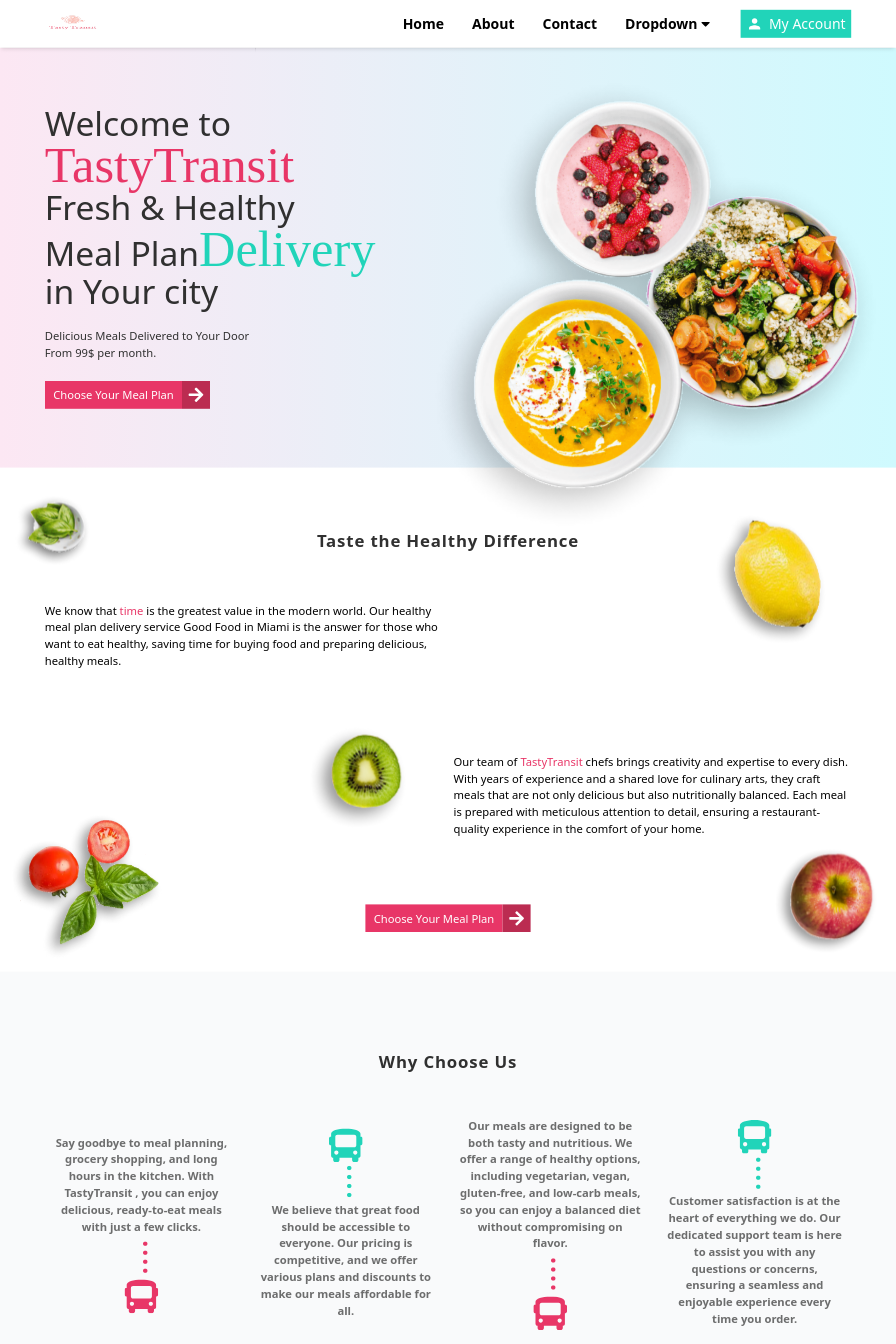
Repository: Ruchii02/restaurant-webpage
Page: / (app in my-project/)
An editor plug-in stored every save of this project. The page is shown before and after the next save, followed by the edit.
The browser window is 1280 px wide. The pictures show the part of the page from y = 0 to 1920 px (the page is 3040 px tall before and 3052 px after), at 70% of full size.
Some web fonts or font styles are not loaded; a fallback is used. The project was rebuilt for these pictures with package versions that can differ from the ones it lists, and the page was loaded fresh each time. Also part of the build but not shown: my-project/vite.config.js.

Above is the page before, as saved 2024-08-06 16:54:05.

### my-project/index.html
<!doctype html>
<html lang="en">
  <head>
    <meta charset="UTF-8" />
    <link rel="icon" type="image/svg+xml" href="/vite.svg" />
    <meta name="viewport" content="width=device-width, initial-scale=1.0" />
    <title>TastyTransit</title>
  </head>
  <body>
    <div id="root"></div>
    <script type="module" src="/src/main.jsx"></script>
  </body>
</html>

### my-project/src/App.jsx

import React, { useEffect, useState } from 'react'
import Navbar from './components/Navbar/Navbar'
import MainPage from './components/MainPage/MainPage'
import Banner from './components/Banner/Banner'
import WhyChoose from './components/WhyChoose/WhyChoose'
import About from './components/About/About'
import Footer from './components/Footer/Footer'
import Popup from './components/Popup/Popup'
import { duration, easing } from '@mui/material'
import AOS from "aos";
import "aos/dist/aos.css";
 const App = () => {
  const [showPopup , setShowPopup] = useState(false);

  const HandlePopup = ()=>{
    setShowPopup(true);
  };

  useEffect(()=>{
    AOS.init({
      offset: 100,
      duration: 800,
      easing: "ease-in-shine",
      delay : 100,
    });
    AOS.refresh();
  }, []);
  return (
    <div className="overflow-x-hidden">
      <Navbar HandlePopup={HandlePopup}/>
      <MainPage/>
      <Banner/>
      <WhyChoose/>
      <About HandlePopup={HandlePopup}/>
      <Footer/>
      <Popup showPopup={showPopup} setShowPopup={setShowPopup}/>
    </div>
  )
}



export default App

### my-project/src/index.css
@import url('https://fonts.googleapis.com/css2?family=Ephesis&display=swap');

@tailwind base;
@tailwind components;
@tailwind utilities;

### my-project/src/components/Navbar/Navbar.jsx
import React from 'react'
import {FaCaretDown} from "react-icons/fa";
import PersonIcon from '@mui/icons-material/Person';
import Logo from "../../assets/Preview.png";
const NavLinks = [
    {
        id: 1,
        name:"Home",
        link: "#"

    },
    {
        id: 1,
        name:"About",
        link: "#"

    },
    {
        id: 1,
        name:"Contact",
        link: "#"

    },
];

const DropdownLinks = [
    {
        id: 1,
        name: "Vegetables",
        link: "#",
    },
    {
        id: 2,
        name: "Fruits",
        link: "#",
    },
    {
        id: 3,
        name: "Grains",
        link: "#",
    },
    {
        id: 4,
        name: "Drinks",
        link: "#",
    },
]
 const Navbar = ({HandlePopup }) => {
  return (
    <>
    <div className='bg-white shadow-md'>
        <div className="container flex justify-between py-4 sm:py-3">
            {/*logo section*/}
         <div className='font-bold text-3xl'>
           <img src={Logo} alt='' className='w-20 h-10 text-primary' />
         </div>
         {/*navbar section*/}
         <div>
            <ul className='flex items-center gap-10'>
                {
                    NavLinks.map(({id , name, link})=>(
                        <li key={id}>
                            <a href={link} className=' hidden sm:inline-block
                            hover:text-primary text-xl font-semibold'>{name}</a>
                        </li>
                    ))
                }
                {/*dropdown and links*/}
                <li className=' hidden md:block cursor-pointer group'>
                    <a href='#'
                         className='inline-block
                            hover:text-primary text-xl font-semibold'>
                                <div className='flex items-center gap-[2px] py-2'>
                                  Dropdown
                                  <span>
                                    <FaCaretDown className='group-hover:rotate-180 duration-300'/>
                                  </span>
                                </div>
                            </a>
                            {/*dropdown section*/}
                            <div className='absolute z-[9999] hidden group-hover:block w-[200px] bg-white text-black shadow-md p-2'>
                                <ul>
                                    {
                                        DropdownLinks.map(({id, name, link})=>(
                                            <li key={id}>
                                                <a href={link}
                                                  className='inline-block w-full rounded-md p-2
                                                  hover:bg-primary/20 text-xl '>
                                                    {name}
                                                  </a>
                                            </li>
                                        ))
                                    }
                                </ul>
                            </div>
                </li>
                {/*Login button*/}
                <li>
                   <button onClick={HandlePopup} className='flex justify-center
                    items-center gap-2
                    bg-secondary
                    h-[40px] text-xl text-white px-2
                    py-2 hover:scale-105 duration-300'>
                    <PersonIcon/>
                    My Account
                    </button>
                </li>
            </ul>
         </div>
        </div>
    </div>
    </>
  )
}

export default Navbar;

### my-project/src/components/MainPage/MainPage.jsx
import React from 'react'
import main_bg from "../../assets/main.png"
import PrimaryButton from '../shared/PrimaryButton'
const MainPage = () => {
  return (
    <>
    <div className='relative z-[-1] bg-gradient-to-r from-pink-100 to-cyan-100'>
        <div className="container py-16 sm:py-0">
            <div className="grid grid-cols-1 sm:grid-cols-2 gap-4
                place-items-center min-h-[600px]">

               {/*text-content section*/}
               <div className='space-y-7 text-dark order-2 sm:order-1'>
                 <h1 data-aos = "fade-up" className='text-5xl'>Welcome to <span className='text-primary font-cursive text-7xl'>TastyTransit</span> <br /> Fresh & Healthy <br></br> Meal Plan
                       <span className='text-secondary font-cursive text-7xl'>Delivery</span> <br>
                       </br>{"  "}
                        in Your city
                     </h1>
                   <p data-aos = "fade-up"
                      data-aos-delay="300"
                     className='lg:pr-64'>
                     Delicious Meals Delivered to Your Door
                     From 99$ per month.

                     </p>

                     {/*button section*/}
                     <div data-aos = "fade-up"
                      data-aos-delay="500">
                     <PrimaryButton/>
                     </div>
               </div>
               {/*image section*/}
                 <div data-aos = "zoom-in"
                      data-aos-delay="500"
                   className='relative z-30 order-1 sm:order-2'>
                    <img src={main_bg} alt='' className='w-full sm:scale-125
                          sm:translate-y-16'/>
                 </div>
            </div>
        </div>

    </div>
    </>
  )
}

export default MainPage

### my-project/src/components/Banner/Banner.jsx
import React from 'react'
import Apple from "../../assets/apple.png";
import Kiwi from "../../assets/kiwi.png";
import lemon from "../../assets/lemon.png";
import leaf from "../../assets/leaf.png";
import tomato from "../../assets/tomato.png";
import PrimaryButton from '../shared/PrimaryButton';


const Banner = () => {
  return (
   <>
   <div className="container py-14 relative">
    <div className='relative z-20'>
        <h1 data-aos = "fade-up"
           data-aos-delay="300"
           className='py-8 tracking-wider
            text-2xl font-semibold text-dark
            text-center'>
            Taste the Healthy Difference

            </h1>
          {/*content section*/}
            <div className='space-y-10'>
                <div data-aos = "fade-up"
                      data-aos-delay="500"
                      className='grid grid-cols-1
                sm:grid-cols-2 gap-4 py-10'>
                   <div>
                    <p>
                        {" "}
                        We know that <span className='text-primary'>time</span>{" "}
                        is the greatest value in the modern world.
                        Our healthy meal plan delivery service Good Food in Miami
                        is the answer for those who want to eat healthy, saving time for buying
                        food and preparing delicious, healthy meals.
                    </p>
                   </div>
                   <div></div>

                </div>
                <div data-aos = "fade-up"
                      data-aos-delay="300"
                    className='grid grid-cols-1
                    sm:grid-cols-2 gap-4 py-10'>
                    <div></div>
                   <div>
                    <p>
                        {" "}
                        Our team of  <span className='text-primary'>TastyTransit</span> chefs brings
                        creativity and expertise to every dish.
                         With years of experience
                          and a shared love for culinary arts, they
                          craft meals that are not only delicious but
                          also nutritionally balanced. Each meal is
                          prepared with meticulous attention to detail,
                          ensuring a restaurant-quality experience in the
                           comfort of your home.
                    </p>
                   </div>

                   </div>
            </div>
            {/*button section*/}
            <div data-aos = "fade-up"
                      data-aos-delay="500"
                      data-aos-offset="0"
                      className='flex justify-center mt-10
                sm:mt-14'>
                <PrimaryButton/>
            </div>
    </div>
    {/* bg fruits section */}
    <div data-aos="fade-right" className='absolute top-5 -left-16
    sm:bottom-0 sm:left-0 opacity-50
    sm:opacity-100'>
        <img  data-aos="fade-right" src= {leaf} alt='' className='max-w-[160px]'/>
    </div>
    <div  data-aos="fade-right"
     className='absolute -bottom-16 -left-16
      sm:bottom-0 sm:left-0 opacity-50
       sm:opacity-100' >
        <img src={tomato} alt='' className='max-w-[280px]'/>
    </div>
    <div  data-aos="fade-left"
     className='absolute top-10 -right-16 sm:right-20
       opacity-50 sm:opacity-100' >
        <img src={lemon} alt='' className='max-w-[200px]'/>
    </div>
    <div  data-aos="fade-left"
     className='hidden sm:block absolute bottom-0 right-0' >
        <img src={Apple} alt='' className='max-w-[200px]'/>
    </div>
    <div  data-aos="fade"
     className='absolute top-1/2 -translate-y-1/2
     left-1/3 -translate-x-1/2 opacity-50
       sm:opacity-100' >
        <img src={Kiwi} alt='' className='max-w-[180px]'/>
    </div>
   </div>
   </>
  )
}

export default Banner

### my-project/src/components/About/About.jsx
import React from 'react'
import BgPolygon from "../../assets/polygon.png"
import Vector from"../../assets/vector-wave.png";
import PersonIcon from '@mui/icons-material/Person';
const bgStyle = {
    backgroundImage: `url(${BgPolygon})`,
    backgroundRepeat: "no-repeat",
    backgroundPosition: "center",
    backgroundSize: "cover",
    width: "100%",
    height:"100%",
    position: "relative",
};

const About = ({HandlePopup}) => {
  return (
    <>
    <div style={bgStyle} className='py-14'>
        <div className="container min-h-[500px]
            relative z-10">
                <h1 className='pt-20 tracking-wider text-4xl font-semibold
                 text-white text-center'>
                  About Us
                </h1>
                {/*card-section*/}
                <div data-aos="fade"
                      data-aos-delay="300"
                     className='bg-white/80 p-10 my-10'>
                          Welcome to TastyTransit, your premier meal delivery
                           service designed to bring delicious, nutritious
                            meals right from our kitchen to your doorstep. Our mission is
                             to make dining convenient, healthy, and
                             delightful for everyone. Whether you're a
                              busy professional, a family with a hectic
                               schedule, or someone who simply enjoys great
                                food without the hassle of cooking, we are
                                 here for you.
                                 we believe that everyone deserves to enjoy wholesome,
                                  freshly prepared meals without the hassle of cooking.
                                   so here we are trying to make eating well simple,
                                   convenient, and affordable for everyone.
                                 We understand the challenges of
                                 balancing a busy lifestyle with maintaining a
                                 healthy diet. That's why we set out to create a
                                  service that offers a diverse menu of gourmet meals,
                                   prepared with the freshest ingredients,
                                  and delivered with speed and care.



                     <div className='pt-10 flex justify-center'>
                     <button onClick={HandlePopup} className='flex justify-center
                    items-center gap-2
                    bg-primary
                    h-[40px] text-xl text-white px-5
                    py-2 hover:scale-105 duration-300'>
                    <PersonIcon/>
                    My Account
                    </button>
                     </div>
                </div>
        </div>
        {/* wave-vector */}
        <div className='absolute top-0 w-full
              right-0 '>
            <img src={Vector} alt='' className='mx-auto' />
        </div>

    </div>
    </>
  )
}

export default About

### my-project/src/components/Footer/Footer.jsx
import React from 'react'
import PhoneInTalkIcon from '@mui/icons-material/PhoneInTalk';
import EmailIcon from '@mui/icons-material/Email';
import CopyrightIcon from '@mui/icons-material/Copyright';
import LocationOnIcon from '@mui/icons-material/LocationOn';
const Footer = () => {
  return (
    <>
    <div className='text-white mt-20'>
       <div data-aos="fade-down"  className="container bg-gradient-to-b
            from-primary to-primaryDark rounded-t-3xl">
          {/* heading-section */}
               <h1 className='py-10 text-3xl font-bold
                  text-yellow text-center'>
                  Contact Us
                </h1>

            {/* grid-section */}
            <div className='grid grid-cols-1 sm:grid-cols-2
               md:grid-cols-3 gap-14 border-b-2
               border-white pb-6'>
                {/* address-section */}
                <div className='text-center space-y-4'>
                    <div className='flex justify-center'>
                      <LocationOnIcon className='text-5xl'/>
                    </div>
                    <p>
                    456 Oak Lane <br/>
                    Flat No. 12C, Prestige Heights<br/>
                    Koramangala, Bangalore 560034<br/>
                    Karnataka, India
                    </p>
                </div>
                 {/* email-section */}
                 <div className='text-center space-y-4'>
                    <div className='flex justify-center'>
                      <EmailIcon className='text-5xl'/>
                    </div>
                    <div>
                    <p>Info@goodfood.com</p>
                    <p>Hr@goodfood.com</p>
                    </div>
                </div>
               {/* Number-section */}
               <div className='text-center space-y-4'>
                    <div className='flex justify-center'>
                      <PhoneInTalkIcon className='text-5xl'/>
                    </div>
                    <div>
                    <p>555-123-4567 - Sales and Services</p>
                    <p>917-555-4321 - Queries</p>
                    <p>646-555-9876 - Whatsapp</p>
                    </div>
                </div>
            </div>
            {/* copyright-section */}
            <div className='flex justify-between p-4 items-center'>
                <p><CopyrightIcon/> 2024 TCJ . All rights reserved</p>
                <div className='flex items-center gap-6'>
                    <a href='#'>Privacy Policy</a>
                    <a href='#'>Terms & Conditions</a>
                </div>
            </div>
       </div>
    </div>
    </>
  )
}

export default Footer

### my-project/src/components/Popup/Popup.jsx
import React from 'react'
import CloseIcon from '@mui/icons-material/Close';
import GoogleIcon from '@mui/icons-material/Google';
import FacebookIcon from '@mui/icons-material/Facebook';
const Popup = ({showPopup , setShowPopup})=>{
    return (
        <>
        {
             showPopup && (
              <div>
                <div className="h-screen w-screen fixed top-0
                  left-0 bg-black/50 z-50 backdrop-blur-sm">
                    <div className='fixed top-1/2 left-1/2
                       -translate-x-1/2 -translate-y-1/2 p-4
                         shadow-md bg-white rounded-md duration-200 w-[300px]'>
                      {/* header-section */ }
                       <div className='flex items-center justify-between'>
                        <div>
                            <h1 className='text-2xl font-bold
                               text-dark'>Login</h1>
                        </div>
                        <div>
                            <CloseIcon className='text-2xl cursor-pointer'
                              onClick={()=> setShowPopup(false)} />
                        </div>
                       </div>
                       {/* loginForm-section*/}
                       <div className='mt-4'>
                          <input type='email' placeholder='enter email'
                              className='w-full rounded-md border border-gray-300
                              dark:border-gray-500 px-2 py-1 mb-4'   />

                              <input type='password' placeholder='enter password'
                            className='w-full rounded-md border border-gray-300
                              dark:border-gray-500 px-2 py-1 mb-4'   />

                              {/* loginButton-section*/}
                              <div>
                                <button
                                   className='w-full bg-primary text-white
                                      p-2 rounded-md'  onClick={()=> setShowPopup(false)}>Login Now</button>
                              </div>

                               {/* loginSocial-section*/}

                                 <div className='mt-4'>
                                    <p className='text-center'>or Login with</p>
                                    <div className='flex justify-center gap-2 mt-2'>
                                       <GoogleIcon className='text-5xl hover:text-primary duration-200 ' />
                                       <FacebookIcon className='text-5xl hover:text-blue-500 duration-200 '/>
                                    </div>
                                 </div>
                       </div>
                    </div>
                </div>
              </div>
            )
        }
        </>
    )
};

export default Popup;

### my-project/src/components/shared/PrimaryButton.jsx
import React from 'react'
import { FaArrowRight } from 'react-icons/fa'
const PrimaryButton = () => {
  return (
    <>
    <div className='flex items-center group'>
        <button className='bg-primary h-[40px] text-white px-3 py-2'>
            Choose Your Meal Plan
        </button>
        <FaArrowRight className='inline-block
         group-hover:!translate-x-2 duration-200
         p-2 text-base h-[40px] w-[40px] bg-primaryDark text-white'/>
    </div>
    </>
  )
}

export default PrimaryButton

Loaded but not shown: my-project/src/main.jsx (common file); my-project/tailwind.config.js (31 lines, source omitted); my-project/src/components/WhyChoose/WhyChoose.jsx (89 lines, source omitted)

After the next save:
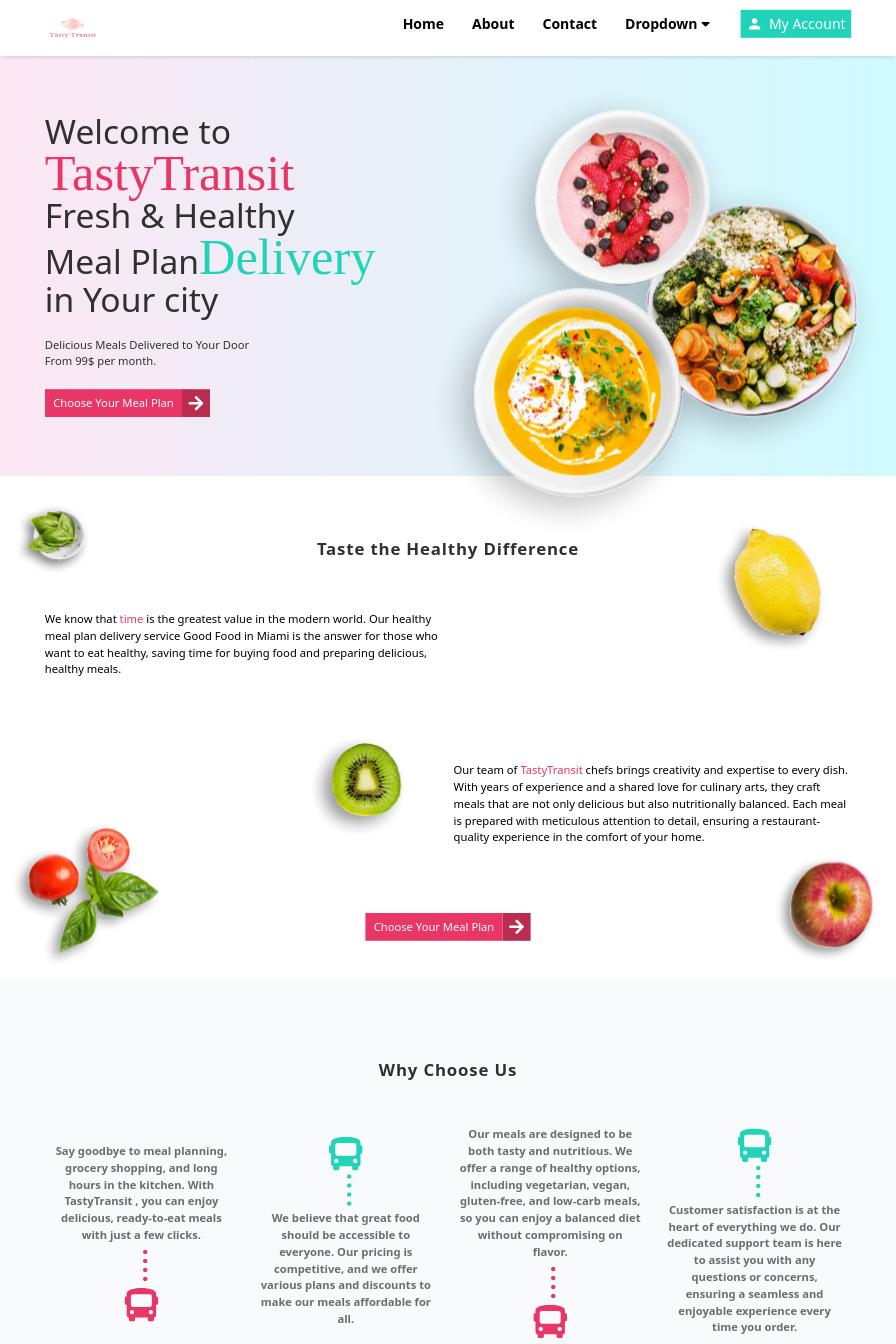
Saved 8 s later.
--- a/my-project/src/components/Navbar/Navbar.jsx
+++ b/my-project/src/components/Navbar/Navbar.jsx
@@ -52,7 +52,7 @@
         <div className="container flex justify-between py-4 sm:py-3">
             {/*logo section*/}
          <div className='font-bold text-3xl'>
-           <img src={Logo} alt='' className='w-20 h-10 text-primary' />
+           <img src={Logo} alt='' className='w-20 h-14 text-primary' />
          </div>
          {/*navbar section*/}
          <div>
